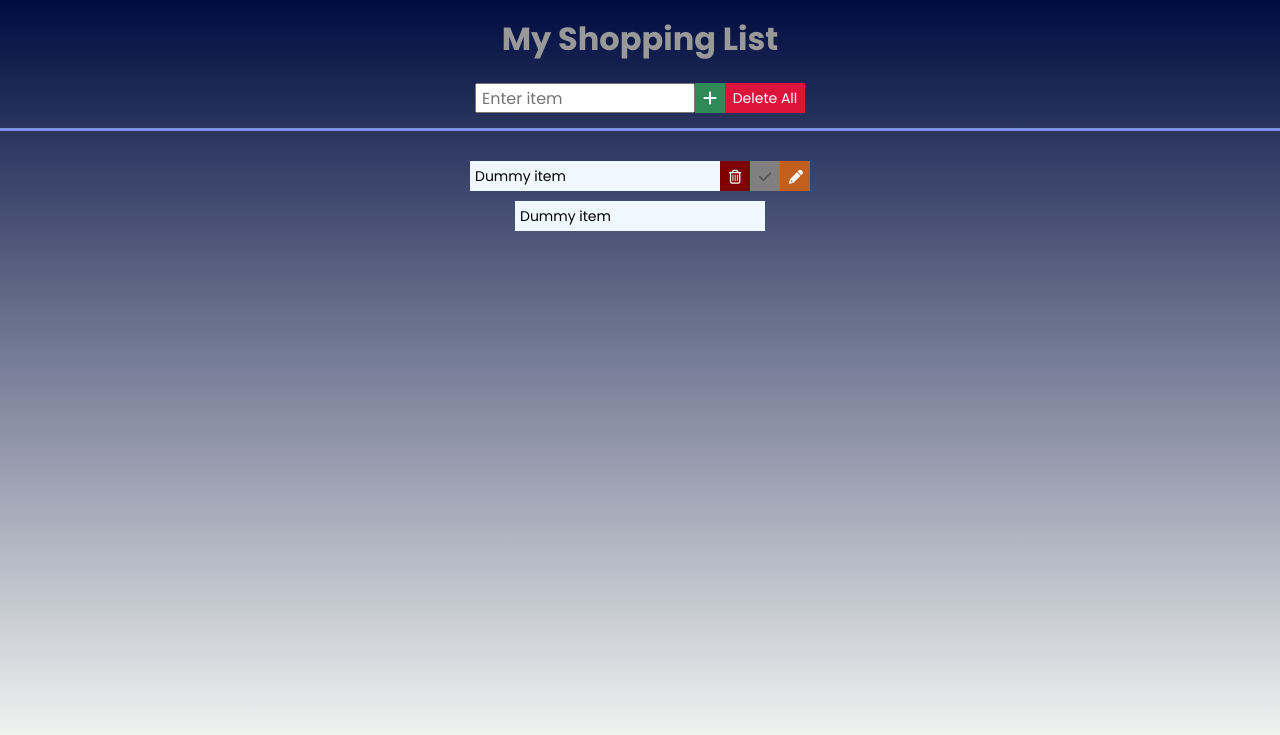
Repository: SaadYasin/shopping-list01-js
Page: index.html
These files come from the project's save history. The page is drawn as it stood at one moment and after the next save; the edit follows.
The browser window is 1280 px wide. The pictures show the whole page.

Above is the page before, as saved 2021-12-05 20:02:29.

After the next save:
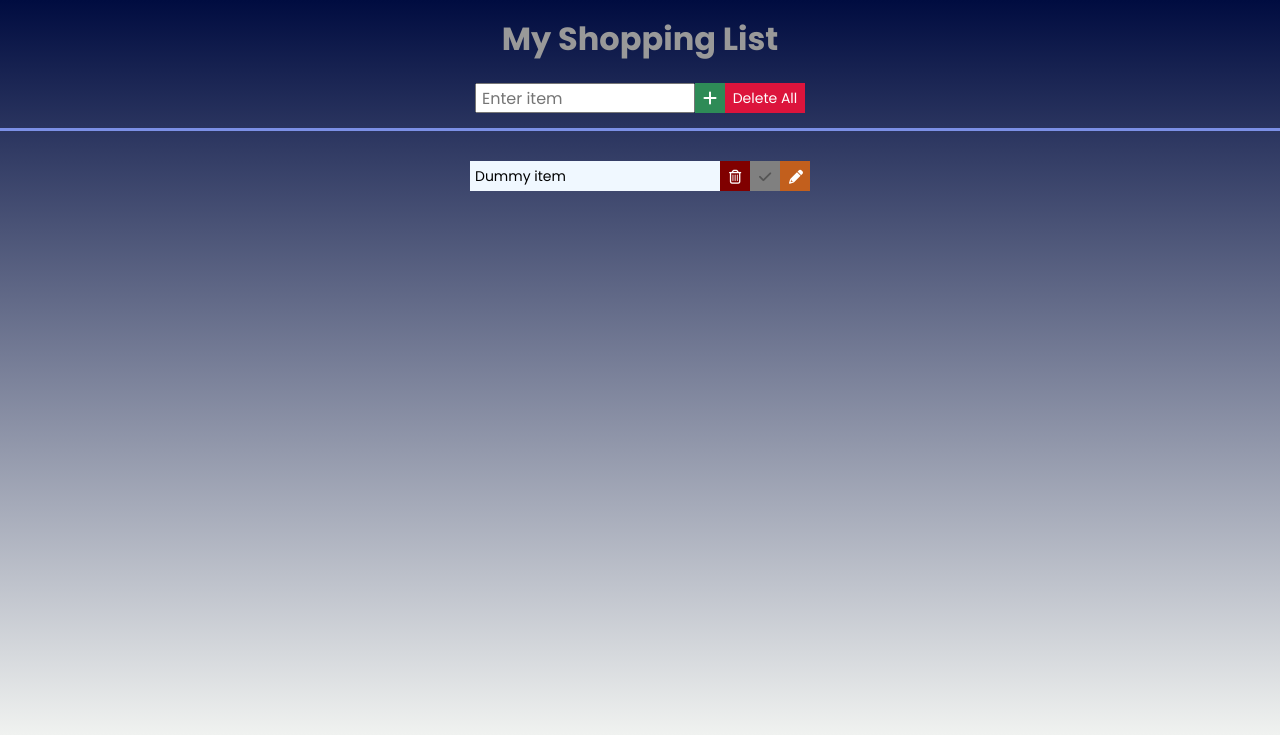
Saved 76 s later.
--- a/index.html
+++ b/index.html
@@ -39,7 +39,7 @@
                     <span class="btn btn-edit"><i class="fas fa-pencil-alt"></i></span>
                 </div>
                 <div class="list-line">
-                    <li class="item">Dummy item</li>
+
 
                 </div>
             </ul>

After the 2 saves that followed:
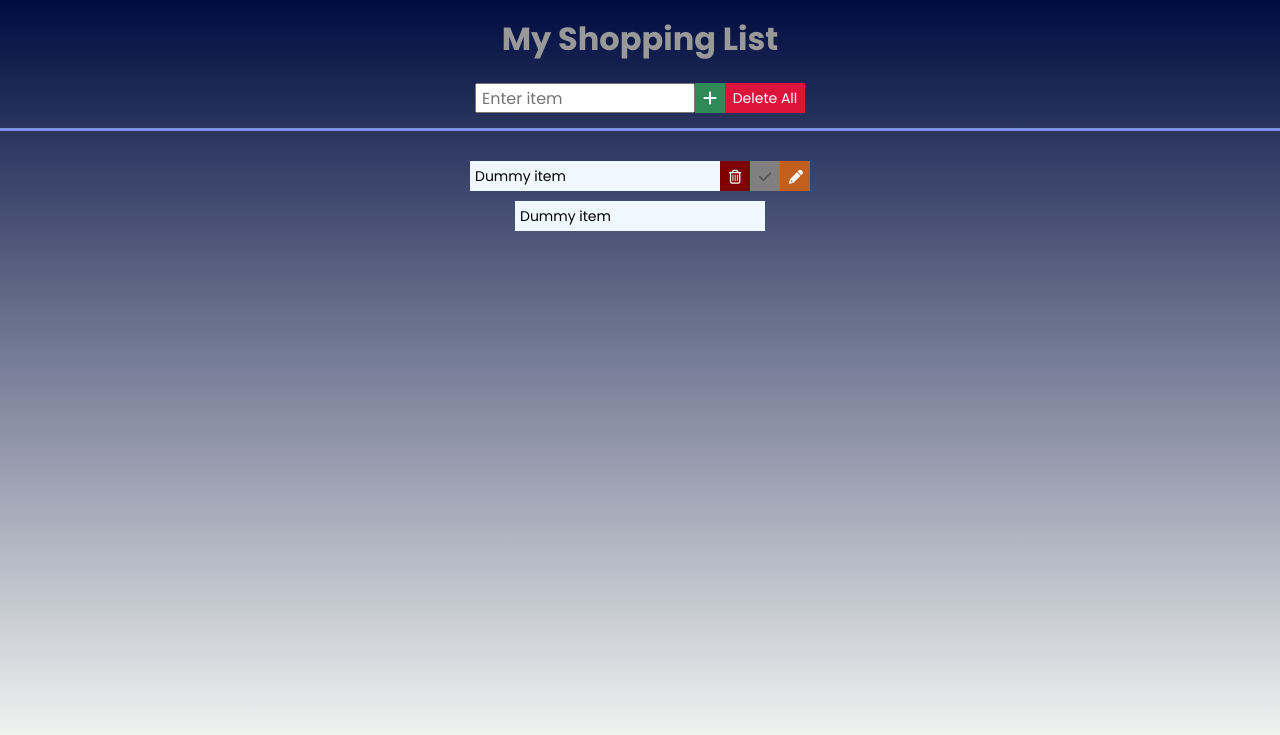
The 2 saves are shown as one change because they came seconds apart.
The last was saved 5 s later.
--- a/index.html
+++ b/index.html
@@ -39,7 +39,7 @@
                     <span class="btn btn-edit"><i class="fas fa-pencil-alt"></i></span>
                 </div>
                 <div class="list-line">
-
+                    <div><li class="item">Dummy item</li></div>
 
                 </div>
             </ul>
